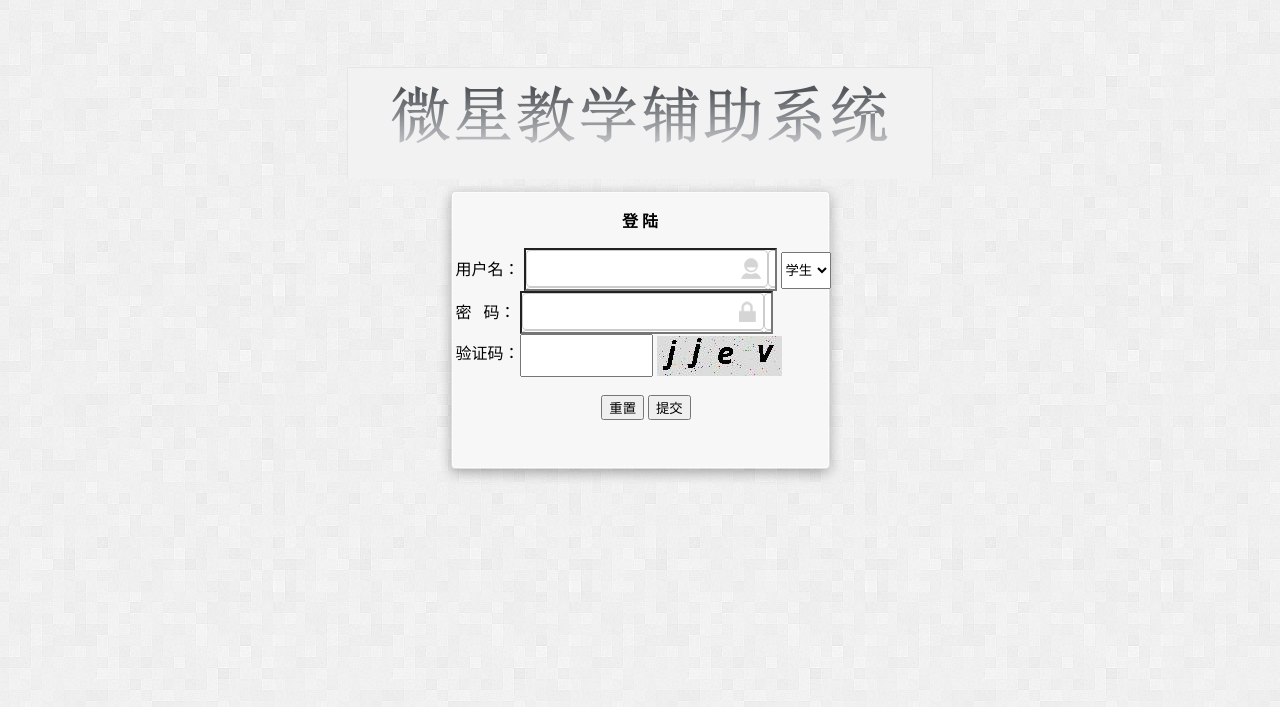
Repository: wxbuditou/Java-
Page: http://localhost/Project/
An editor plug-in stored every save of this project. The page is shown before and after the next save, followed by the edit.
The browser window is 1280 px wide. The pictures show the whole page.
The page is served by Tomcat 9.

Above is the page before, as saved 2019-06-27 09:28:20.

After the next save:
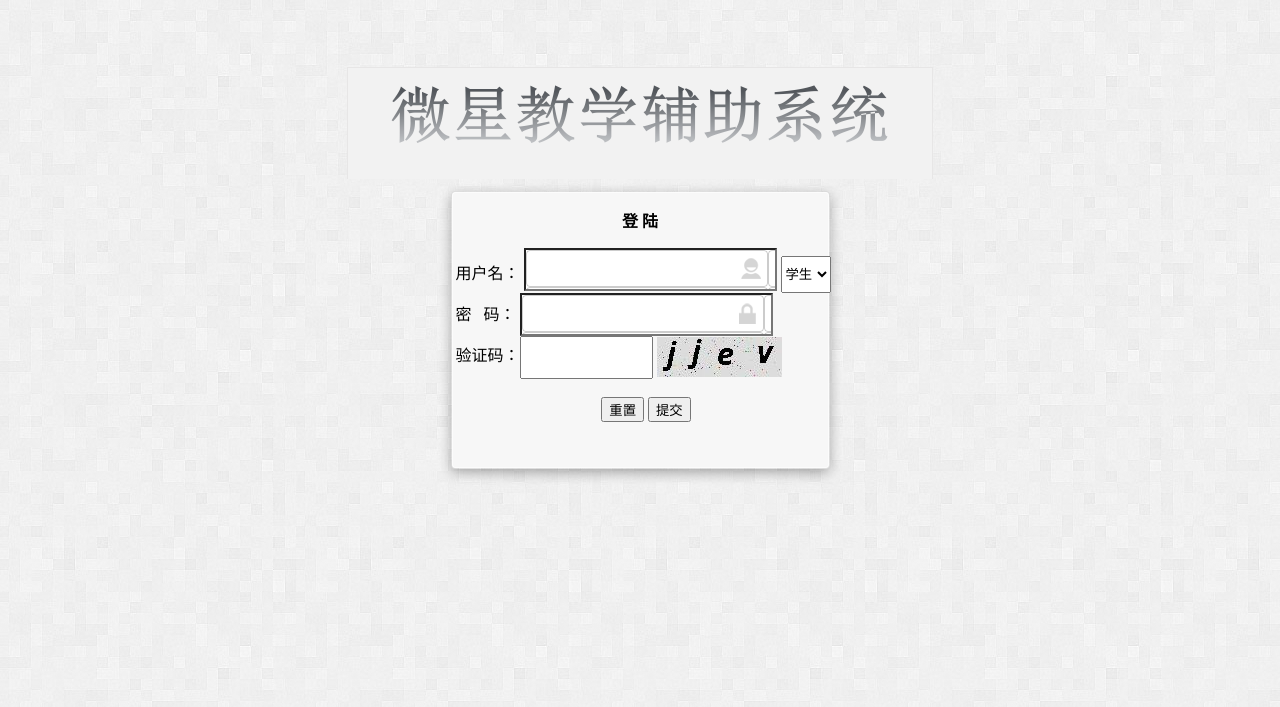
Saved 62 s later.
--- a/Project/WebContent/index.jsp
+++ b/Project/WebContent/index.jsp
@@ -112,7 +112,7 @@ body {
 <div class="fmcontainer" style=" margin-left:12px; margin-top:10px;">
 <form action="UserServlet" method="post" id="fm">
 		用户名：
-    <input type="text" name="username" id="username" style=" width:245px; height:37px; font-size:18px" class="user">
+    <input type="text" name="username" id="username" style=" width:245px; height:37px; font-size:28px" class="user">
 	<select name="position" style="height:37px; width:50px;">
 	  <option value="student" selected="selected">学生</option>
 	  <option value="teacher" >教师</option>
